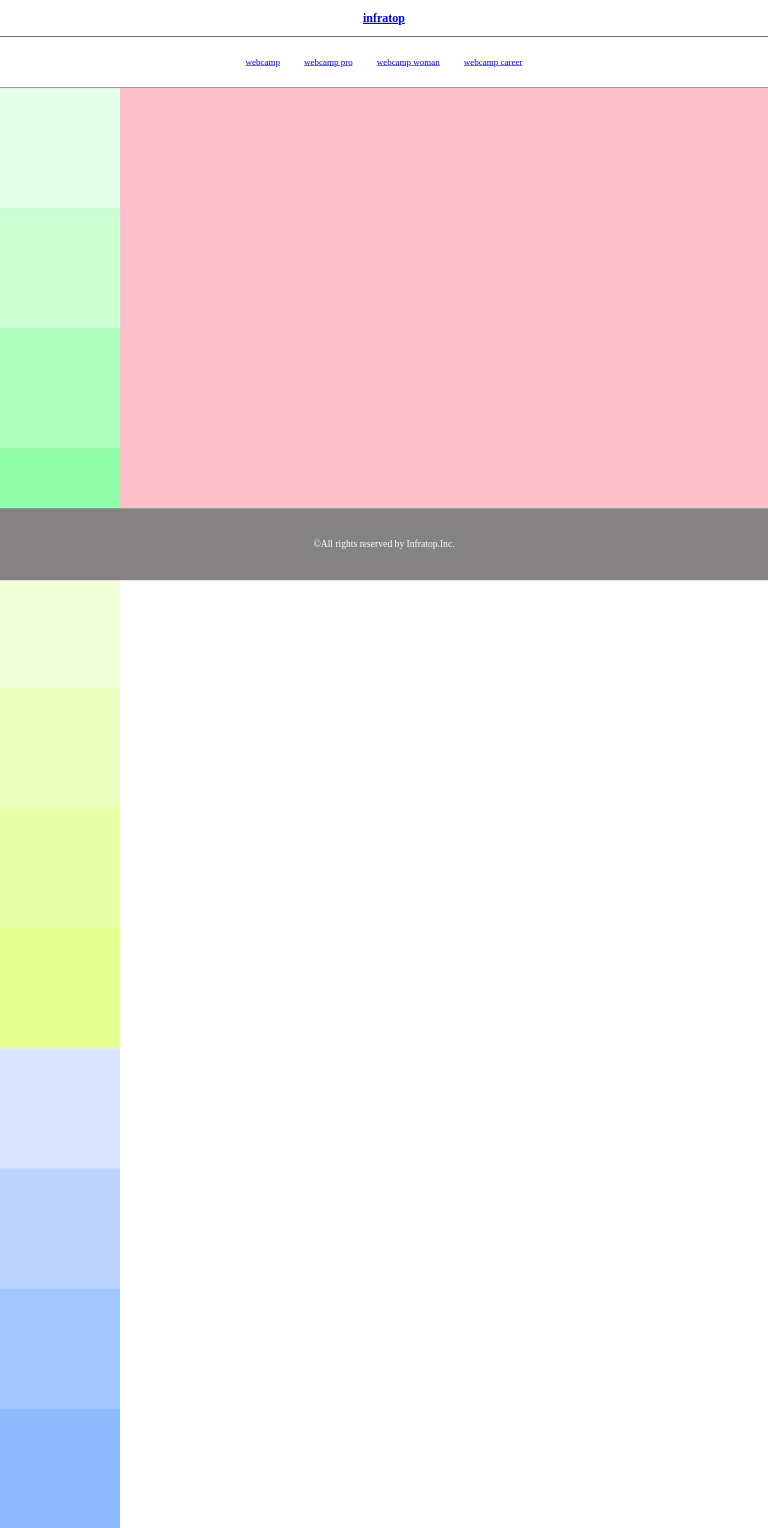
Repository: shizuki-okuma/dmm-webcamp
Page: chapter5_exercise/chapter5_exercise.html
The author's editor kept a record of every edit. The page is drawn from the files as they stood at one moment, then again after the next edit.
The browser window is 1280 px wide. The pictures show the whole page, at 60% of full size.

Above is the page before.

After the next edit:
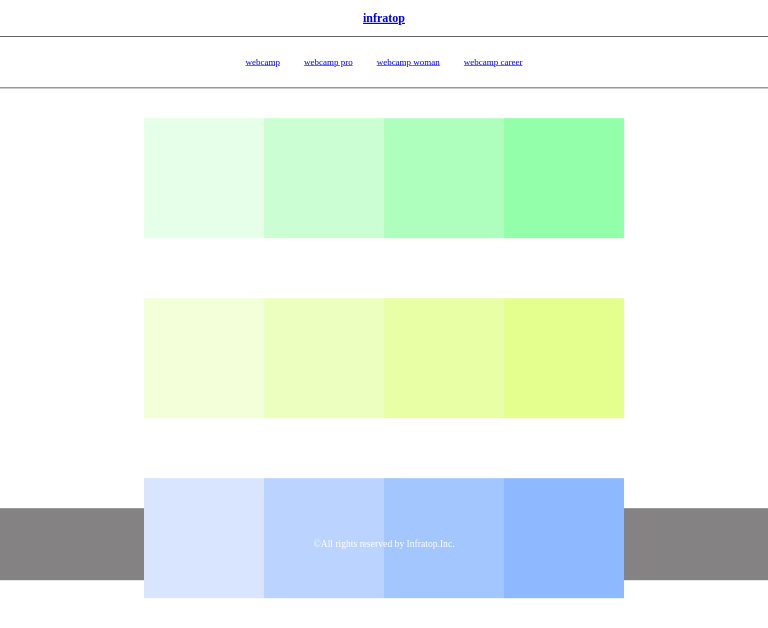
The edit:
--- a/chapter5_exercise/style5.css
+++ b/chapter5_exercise/style5.css
@@ -40,9 +40,22 @@
 .main {
   width: 100%;
   height: 700px;
-  background-color: pink;
 }
-.content {
+.content1{
+  display: flex;
+  flex-wrap: wrap;
+  justify-content: center;
+  padding-top: 50px;
+  padding-bottom: 50px;
+}
+.content2{
+  display: flex;
+  flex-wrap: wrap;
+  justify-content: center;
+  padding-top: 50px;
+  padding-bottom: 50px;
+}
+.content3 {
   display: flex;
   flex-wrap: wrap;
   justify-content: center;
